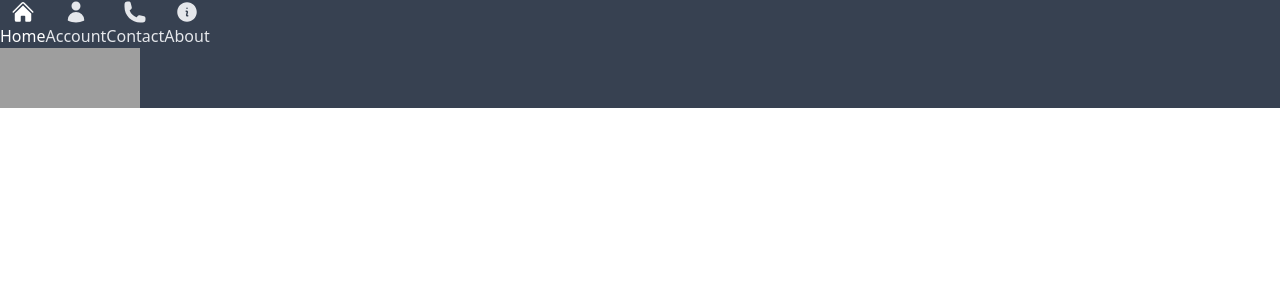
Repository: lyvandat/imdb-movie
Page: /
These files come from the project's save history. The page is drawn as it stood at one moment and after the next save; the edit follows.
The browser window is 1280 px wide. The pictures show the whole page.
Pictures or frames that could not be fetched are drawn as grey boxes. The project was rebuilt for these pictures with package versions that can differ from the ones it lists, and the page was loaded fresh each time. The framework's server and built-in components were replaced by stand-ins that run in the browser. Also part of the build but not shown: next.config.js.

Above is the page before, as saved 2022-10-04 10:30:08.

After the next save:
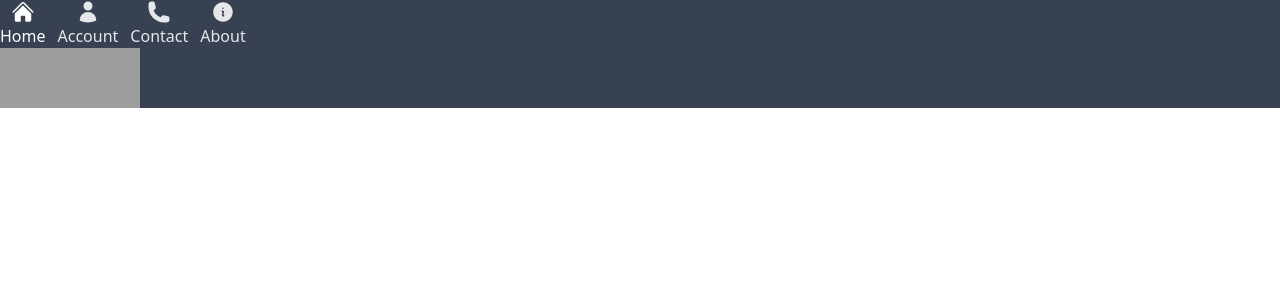
Saved 38 s later.
--- a/components/Header.js
+++ b/components/Header.js
@@ -13,7 +13,7 @@ import Link from "next/link";
 function Header() {
   return (
     <section className="flex flex-col bg-gray-700 select-none text-gray-200 ">
-      <ul className="flex">
+      <ul className="flex space-x-3">
         <li className="flex flex-col items-center hover:text-white active:text-red-500">
           <HomeIcon className="h-6" />
           <p>Home</p>
